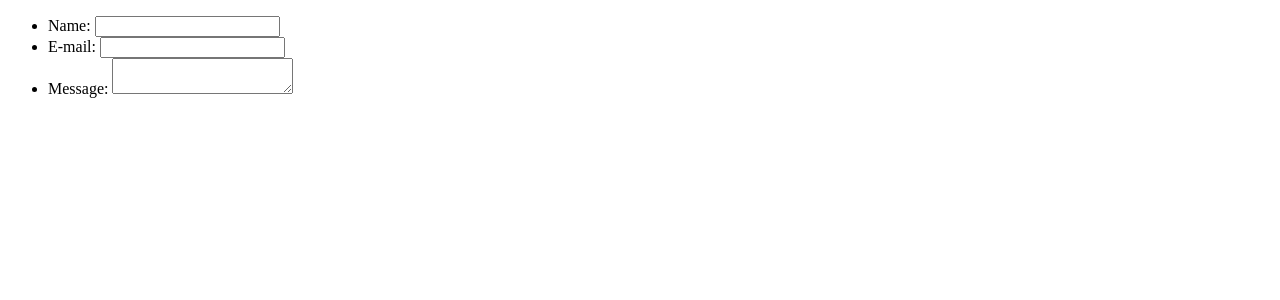
Repository: saurav-patil/STS
Page: MyWorkSpace_01/myServletStarter/src/main/webapp/index.html
These files come from the project's save history. The page is drawn as it stood at one moment and after the next save; the edit follows.
The browser window is 1280 px wide. The pictures show the whole page.

Above is the page before, as saved 2022-11-20 07:38:40.

### MyWorkSpace_01/myServletStarter/src/main/webapp/index.html
<!DOCTYPE html>
<html>
<head>
<meta charset="ISO-8859-1">
<title>My first Page</title>
</head>
<body>
<form action="/my-handling-form-page" method="post">
  <ul>
    <li>
      <label for="name">Name:</label>
      <input type="text" id="name" name="user_name" />
    </li>
    <li>
      <label for="mail">E-mail:</label>
      <input type="email" id="mail" name="user_email" />
    </li>
    <li>
      <label for="msg">Message:</label>
      <textarea id="msg" name="user_message"></textarea>
    </li>
  </ul>
</form>
</body>
</html>

After the next save:
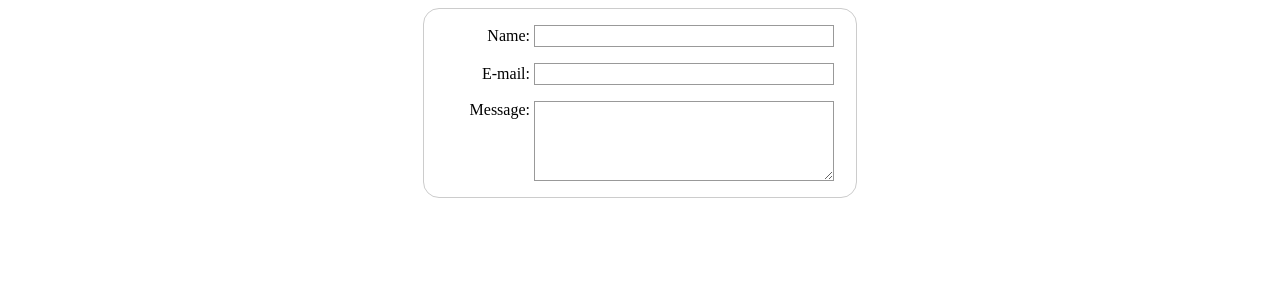
Saved 41 s later.
--- a/MyWorkSpace_01/myServletStarter/src/main/webapp/index.html
+++ b/MyWorkSpace_01/myServletStarter/src/main/webapp/index.html
@@ -3,6 +3,75 @@
 <head>
 <meta charset="ISO-8859-1">
 <title>My first Page</title>
+<style>
+ form {
+  /* Center the form on the page */
+  margin: 0 auto;
+  width: 400px;
+  /* Form outline */
+  padding: 1em;
+  border: 1px solid #ccc;
+  border-radius: 1em;
+}
+
+ul {
+  list-style: none;
+  padding: 0;
+  margin: 0;
+}
+
+form li + li {
+  margin-top: 1em;
+}
+
+label {
+  /* Uniform size & alignment */
+  display: inline-block;
+  width: 90px;
+  text-align: right;
+}
+
+input,
+textarea {
+  /* To make sure that all text fields have the same font settings
+     By default, textareas have a monospace font */
+  font: 1em sans-serif;
+
+  /* Uniform text field size */
+  width: 300px;
+  box-sizing: border-box;
+
+  /* Match form field borders */
+  border: 1px solid #999;
+}
+
+input:focus,
+textarea:focus {
+  /* Additional highlight for focused elements */
+  border-color: #000;
+}
+
+textarea {
+  /* Align multiline text fields with their labels */
+  vertical-align: top;
+
+  /* Provide space to type some text */
+  height: 5em;
+}
+
+.button {
+  /* Align buttons with the text fields */
+  padding-left: 90px; /* same size as the label elements */
+}
+
+button {
+  /* This extra margin represent roughly the same space as the space
+     between the labels and their text fields */
+  margin-left: 0.5em;
+}
+
+</style>
+
 </head>
 <body>
 <form action="/my-handling-form-page" method="post">
